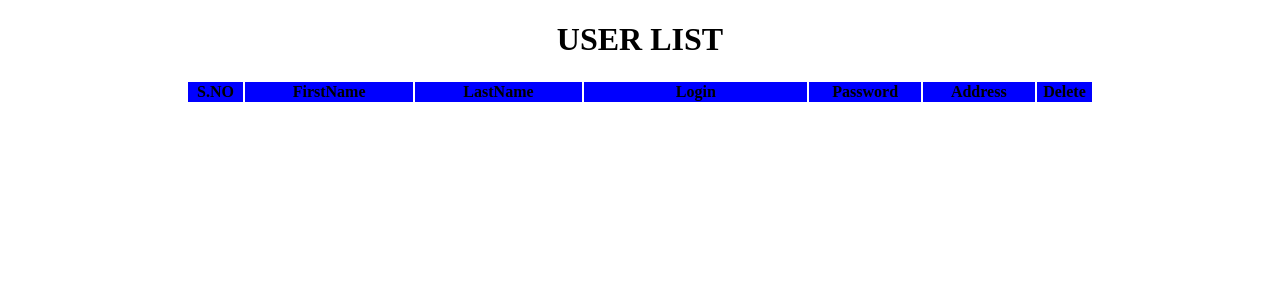
Repository: jatinragh42/Project_3_module
Page: http://localhost/p3/UserListView.jsp
These files come from the project's save history. The page is drawn as it stood at one moment and after the next save; the edit follows.
The browser window is 1280 px wide. The pictures show the whole page.
The page is served by Tomcat 9. Other server files are loaded and not shown.

Above is the page before, as saved 2023-11-29 10:01:40.

### Project_3_module_practice/p3/src/main/webapp/UserListView.jsp
<%@ page language="java" contentType="text/html; charset=ISO-8859-1"
	pageEncoding="ISO-8859-1"%>
<!DOCTYPE html>
<html>
<head>
<meta charset="ISO-8859-1">
<title>Insert title here</title>
</head>
<body>
	<form action="UserListCtl">
		<h1 align="center">USER LIST</h1>

		<div align="center"  "margin-bottom: 20px" class="table-responsive">
			<table class="table table-bordered">
				<thead>
					<tr style="background-color: blue;">
						<th width="5%" class="text">S.NO</th>
						<th width="15%" class="text">FirstName</th>
						<th width="15%" class="text">LastName</th>
						<th width="20%" class="text">Login</th>
						<th width="10%" class="text">Password</th>
						<th width="10%" class="text">Address</th>
						<th width="5%" class="text">Delete</th>
					</tr>
			</table>


		</div>

	</form>
</body>
</html>

After the next save:
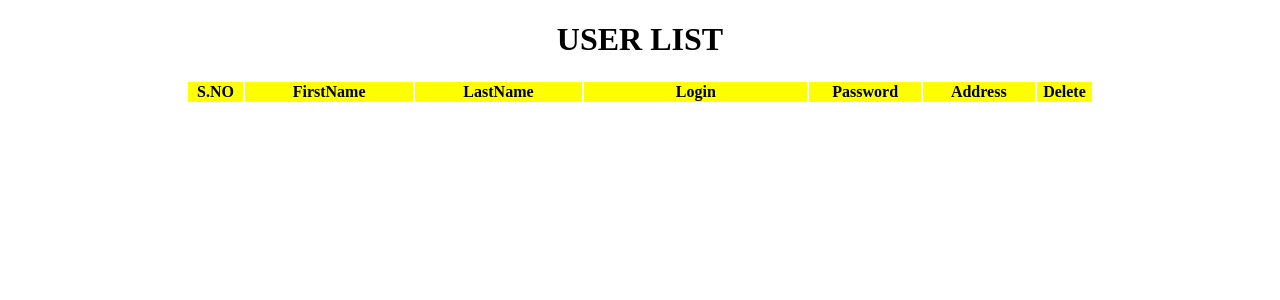
Saved 9 s later.
--- a/Project_3_module_practice/p3/src/main/webapp/UserListView.jsp
+++ b/Project_3_module_practice/p3/src/main/webapp/UserListView.jsp
@@ -13,7 +13,7 @@
 		<div align="center"  "margin-bottom: 20px" class="table-responsive">
 			<table class="table table-bordered">
 				<thead>
-					<tr style="background-color: blue;">
+					<tr style="background-color: yellow;">
 						<th width="5%" class="text">S.NO</th>
 						<th width="15%" class="text">FirstName</th>
 						<th width="15%" class="text">LastName</th>
